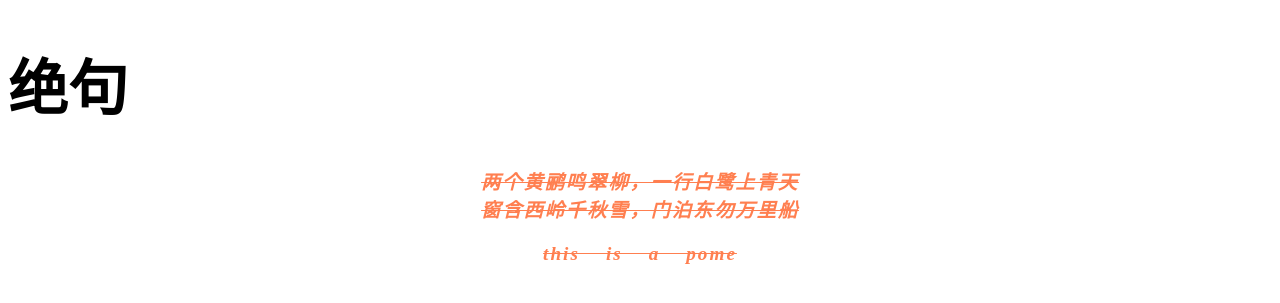
Repository: ljx1197678031/Wed-Design
Page: 01/3.html
An editor plug-in stored every save of this project. The page is shown before and after the next save, followed by the edit.
The browser window is 1280 px wide. The pictures show the whole page.

Above is the page before, as saved 2020-06-01 22:16:16.

After the next save:
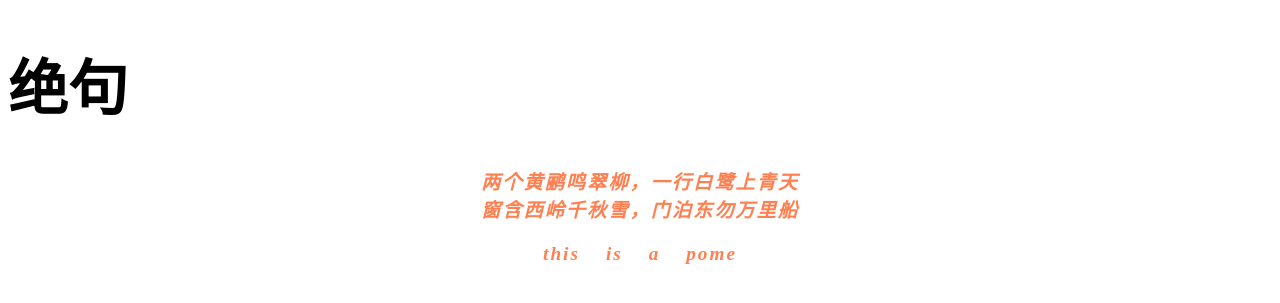
Saved 10 s later.
--- a/01/3.html
+++ b/01/3.html
@@ -17,7 +17,7 @@
             color: coral;
             letter-spacing:2px;/*定义字与字之间的距离*/
             word-spacing: 1em;/*定义字与字之间的空格的距离(英文)*/
-            text-decoration:line-through;
+            text-decoration:;
             text-align: center;
         }
     </style>
